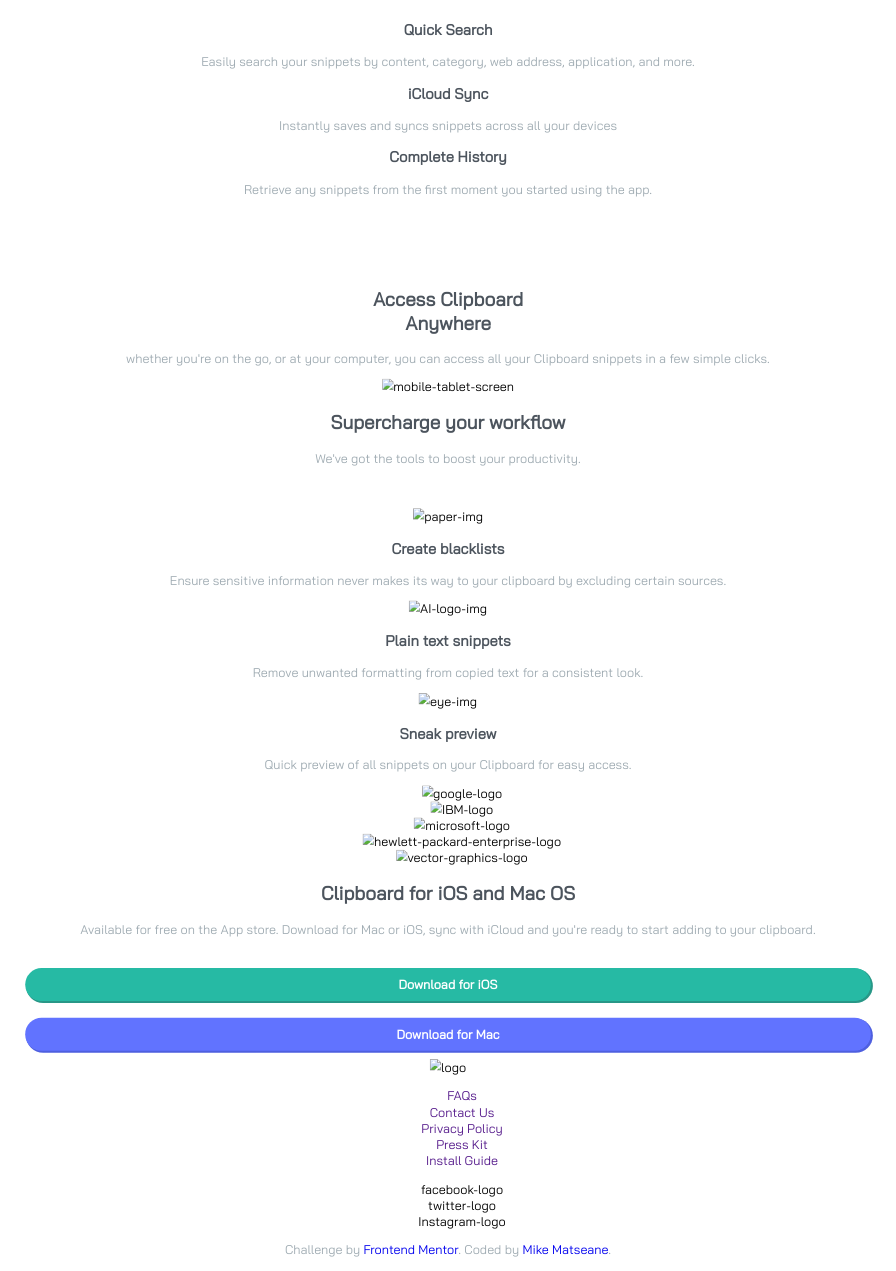
Repository: mikempho/Clipboard-landing-page
Page: index.html
The author's editor kept a copy of each file at every save. The page is drawn from the files as they stood at one save, then again after the next save.
The browser window is 1280 px wide. The pictures show the part of the page from y = 1850 to 3770 px (the page is 3665 px tall before and 3770 px after), at 70% of full size.

Above is the page before, as saved 2022-04-11 11:34:38.

After the next save:
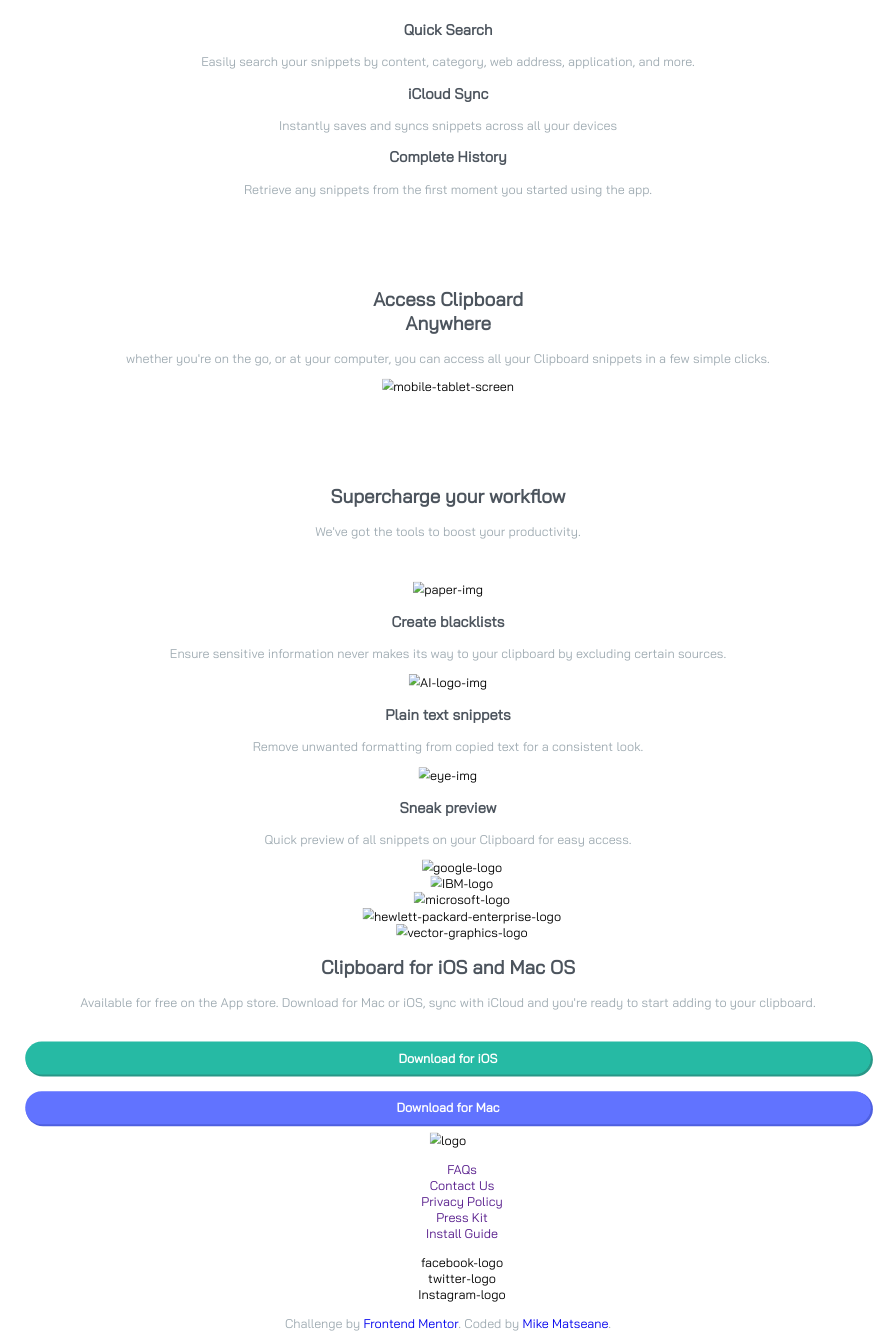
Saved 15 s later.
--- a/css/style.css
+++ b/css/style.css
@@ -100,4 +100,8 @@
 
 /* Section-2 */
 
-.section-2
+.section-2 {
+    padding-left: var(--container-padding);
+    padding-right: var(--container-padding);
+    margin-bottom: 8rem;
+}
